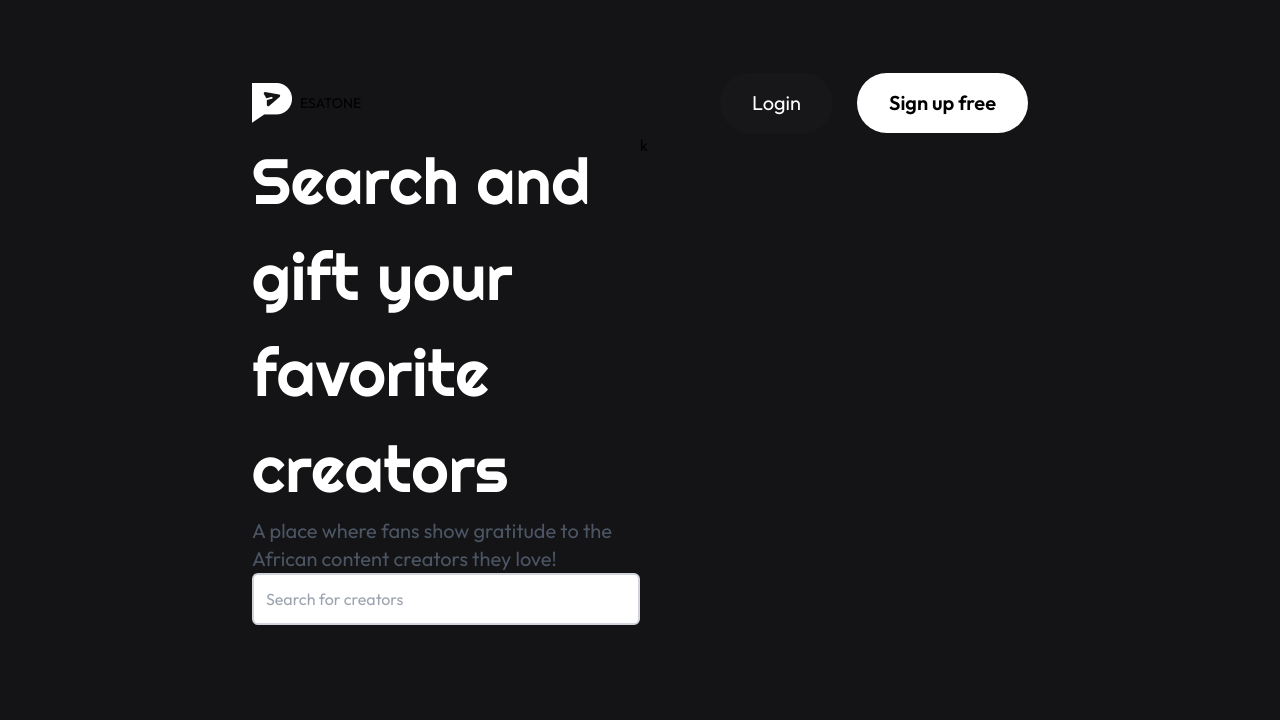
Repository: felixdusengimana/capstone-project-mirror
Page: / (app in frontend/)
The author's editor kept a copy of each file at every save. The page is drawn from the files as they stood at one save, then again after the next save.
The browser window is 1280 px wide. The pictures show the whole page.
The project was rebuilt for these pictures with package versions that can differ from the ones it lists, and the page was loaded fresh each time. The framework's server and built-in components were replaced by stand-ins that run in the browser. Also part of the build but not shown: frontend/next.config.mjs.

Above is the page before, as saved 2024-03-11 12:10:53.

After the next save:
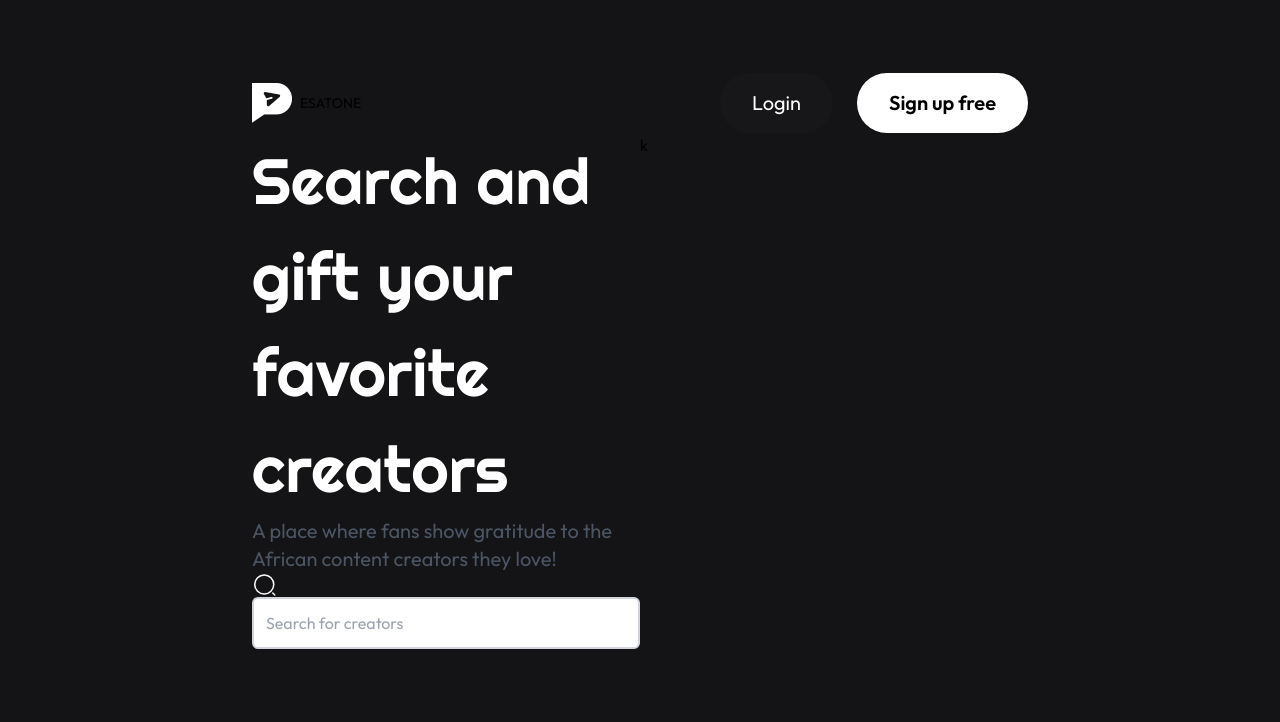
Saved 31 s later.
--- a/frontend/components/molecules/Search.tsx
+++ b/frontend/components/molecules/Search.tsx
@@ -1,5 +1,6 @@
 "use client";
 import { ComponentProps } from "react";
+import Icon from "../atoms/Icon";
 
 interface SearchProps extends ComponentProps<"div"> {
   placeholder?: string;
@@ -14,6 +15,7 @@ export default function Search({
 }: SearchProps) {
   return (
     <div {...props}>
+      <Icon name="search" />
       <input
         type="text"
         placeholder={placeholder}
